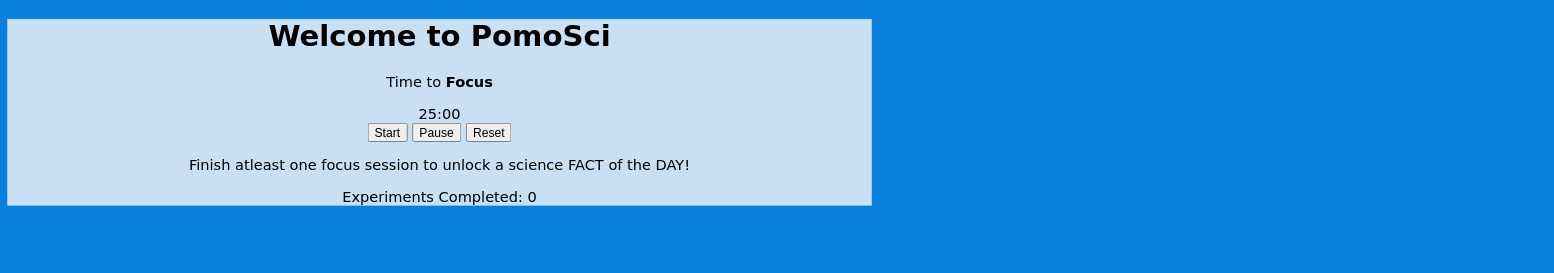
Repository: manayparikh1/Pomosci
Page: index.html
These files come from the project's save history. The page is drawn as it stood at one moment and after the next save; the edit follows.
The browser window is 1280 px wide. The page is 1280 px wide, then 1708 px, so the pictures cover 1708 px, including what lies to the right of the window. The pictures show the whole page, at 91% of full size.

Above is the page before, as saved 2026-11-13 13:12:58.

After the next save:
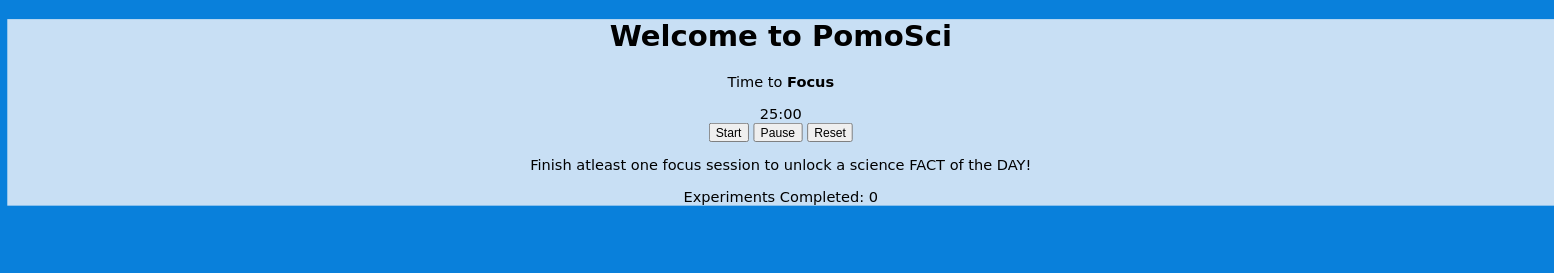
Saved 12 s later.
--- a/index.html
+++ b/index.html
@@ -41,5 +41,5 @@
 
                 .lab_sci {
                     background-color: rgb(200, 223, 244);
-                    width: 950px;
+                    width: 1700px;
                 }
